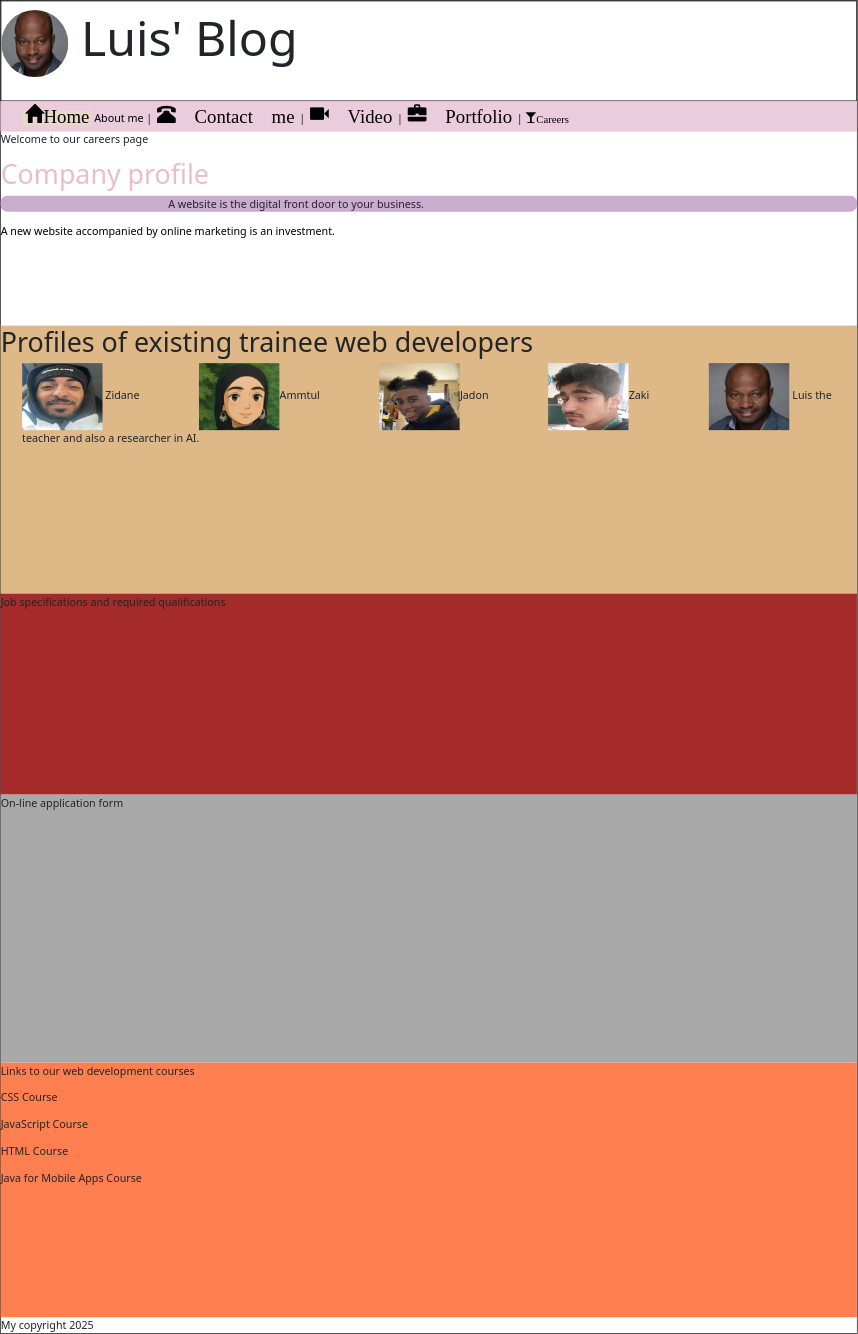
Repository: wduluis/wduluis.github.io
Page: careers.html
The author's editor kept a copy of each file at every save. The page is drawn from the files as they stood at one save, then again after the next save.
The browser window is 1280 px wide. The pictures show the whole page, at 67% of full size.

Above is the page before, as saved 2025-05-13 09:18:07.

### careers.html
<!doctype html>
<html lang="en-GB">

<head>
<meta charset="utf-8" />
<meta name="viewport" content="width=width-device, initial-scale=1 strink-to-fit=no" />
<meta description="Website development, Web design" />
<title>Luis's Blog </title>
<link rel="stylesheet" type="text/css" href="mycss/myblog.css" />
<script type="text/javascript" src="myjsfiles/mytasks.js"/> </script>

<link rel="stylesheet" type="text/css" href="my_bootstrap/css/bootstrap.min.css" />

<link rel="stylesheet" type="text/css" href="glyphicons-only-bootstrap/css/bootstrap.min.css" />

<script type="text/javascript" src="my_bootstrap/js/bootstrap.min.js" /> </script>

<script type="text/javascript" src="my_jquery/jquery-3.7.1.min.js" /> </script>




</head>
<body>
<div id="mypage">
<div id="banner"> <img src="images/luis_photo.jpg" alt="photo of Luis Ibhiabor" width="100" height="100"/> Luis' Blog</div>
<div id="topnav">
<ul>
<li class="hm"> <a href="index.html" class="glyphicon glyphicon-home gi-2x">Home</a></li>
<li> <a href="aboutus.html"> About me </a> </li> |
<li> <a href="contacts.html" class="glyphicon glyphicon-phone-alt gi-2x"> Contact me </a> </li> |
<li> <a href="video.html" class="glyphicon glyphicon glyphicon-facetime-video gi-2x"> Video </a> </li> |
<li> <a href="portfolio.html" class="glyphicon glyphicon glyphicon-briefcase gi-2x"> Portfolio </a> </li> |
<li> <a href="careers.html" class="glyphicon glyphicon-glass g1-2x">Careers</a></li>

</ul>
</div>

<div id="contentarea">
<p> Welcome to our careers page</p>

<div class="company_profile">
    <h1>Company profile</h1>
    <p id="pp1">A website is the digital front door to your business.</p>
    <p class="pp2">A new website accompanied by online marketing is an investment.</p>


</div>

<!-- <img style="float: left; margin: 0px 15px 15px 0px;" src="image/your-image.png" width="100" />
<br style="clear:both;" />
-->


<div class="current_trainees"><h1>Profiles of existing trainee web developers</h1>
<ul>
    <li class="zidane"><img src="images/zidane.jpg" alt="photo of Zidane" width="120" height="100"> Zidane</li>
    <li class="ammtul"><img src="images/ammtul.jpg" alt="photo of Ammtul" width="120" height=" 100">Ammtul</li>
    <li class="jadon"><img src="images/jadon.jpg" alt="photo of Jadon" width="120" height="100">Jadon</li>
    <li class="zaki"><img src="images/zaki.jpg" alt="photo of Zaki" width="120" height="100">Zaki</li>
    <li class="myluis"><img src="images/luis_photo.jpg" alt="photo of Luis" width="120" height="100">
        <span class="the-text">Luis the teacher and also a researcher in AI.</span></li>
</ul>

</div>

<div class="job_spec"><p>Job specifications and required qualifications</p></div>
<div class="application_form"><p>On-line application form</p></div>

<div class="our_courses">

    <p>Links to our web development courses</p>
    <dd>
        <dl class="cs">CSS Course</dl>
        <dl class="js">JavaScript Course</dl>
        <dl class="hc">HTML Course</dl>
        <dl class="jmac">Java for Mobile Apps Course</dl>
    </dd>

</div>

 </div>

<div id="pagefooter"> My copyright 2025 </div>

</div>
</body>
</html>

### mycss/myblog.css

body {
background-color: #fff;
font-family: Arial, Helvetica, sans-serif;
}

#mypage {
border: 1px solid #000;
/* width: 1400px; */
width: 100%;
}

#banner {
height: 150px;
border: 1px solid #000;
}

#topnav {
height: 45px;
border: 1px solid #edbcca;
}

/*Improving it starts here*/
#topnav {
background-color: #eaccdc;

}

.gi-2x{font-size: 28px; padding: 3px;}
.gi-3x{font-size: 3em;}
.gi-4x{font-size: 4em;}
.gi-5x{font-size: 5em;}


#banner img {
border-radius: 50%;

/*height: 100px; width: 100px; background-color: #ff5733; margin: auto;*/
}

/*Improving it ends here*/


#topnav ul li{
text-decoration: none;
display: inline;
}

#topnav a:link {
text-decoration: none;
color: #000;
}

#topnav a:visited {
color: #caadce;
}

#topnav a:hover {
background-color: #000;
}

#contentarea {
height: auto;
/* height: 700px; */

}


#banner {
font-size: 450%;

}

.hm {
height: 25px;
background-color: #e8d8c8;
}




/*
#topnav ul li {
text-decoration: none;
display: inline;

}

https://developers.google.com/fonts/docs/getting_started

#mypage {


border: 1px solid #000;
}

*/

.company_profile {
    width: 100%;
    height: 250px;
    /* background-color: #c8def2; */
    /* border-radius: 8px;
    margin: 10px; */
}

.current_trainees {
    width: 100%;
    height: 400px;
    background-color:burlywood;
}

.job_spec {
    width: 100%;
    height: 300px;
    background-color:brown;
}

.application_form {
    width: 100%;
    height: 400px;
    background-color:darkgray;
}

.our_courses {
    width: 100%;
    height: 380px;
    background-color: coral;
}

.current_trainees ul li{
    display: inline;
    margin-right: 85px;
}

.company_profile h1 {
    color: #edbcca;
}

.company_profile #pp1 {
     padding-left: 250px;
     border-radius: 10px;
     background-color: #caadce;
}

.company_profile .pp2 {
    color: #000;
    /* padding-left: none !important; */
}

### myjsfiles/mytasks.js
/*
document.write("Hello World!");
window.alert("Welcome to my blog!");
*/

Loaded but not shown: my_bootstrap/css/bootstrap.min.css (library); glyphicons-only-bootstrap/css/bootstrap.min.css (library); my_bootstrap/js/bootstrap.min.js (library); my_jquery/jquery-3.7.1.min.js (library)

After the next save:
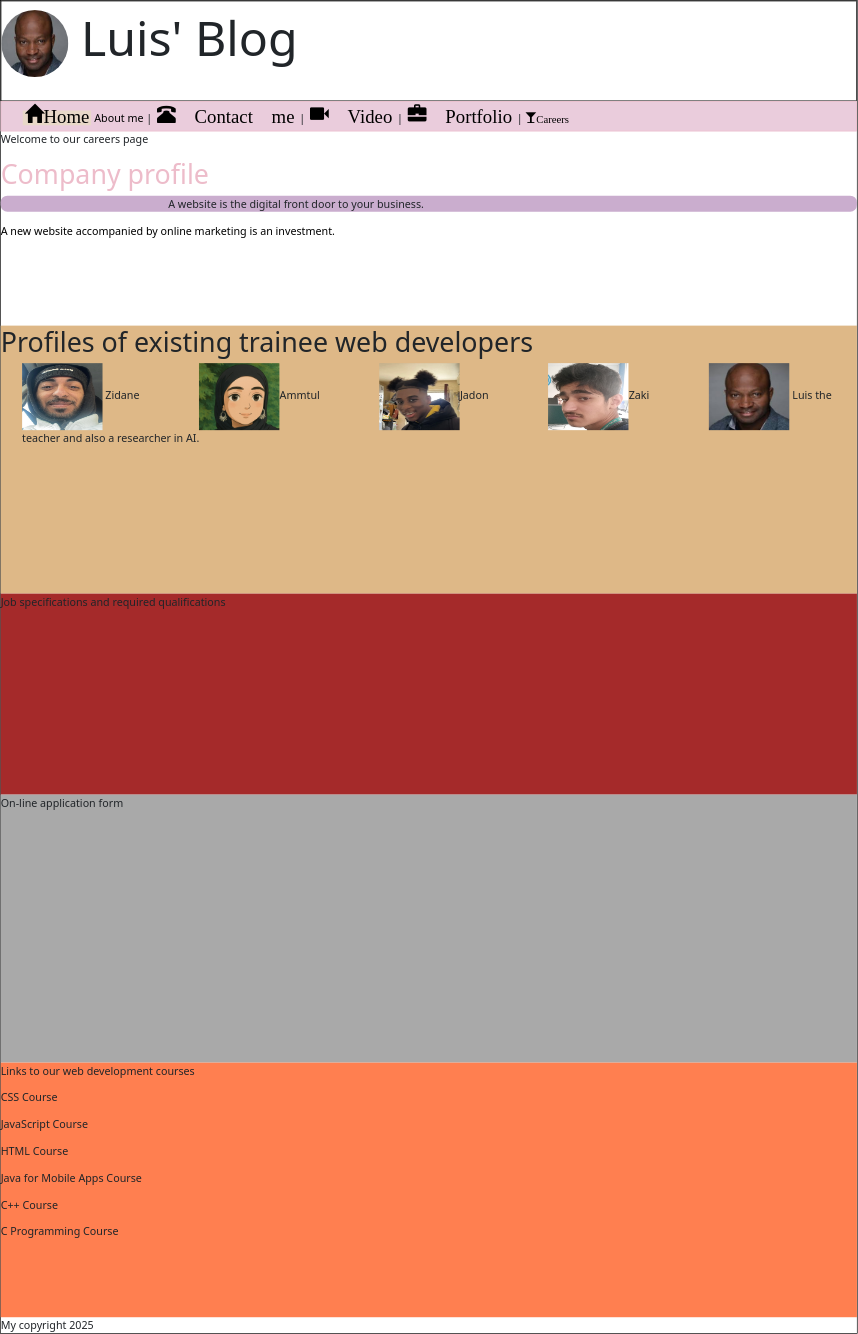
Saved 80 min 28 s later.
--- a/careers.html
+++ b/careers.html
@@ -75,6 +75,8 @@
         <dl class="js">JavaScript Course</dl>
         <dl class="hc">HTML Course</dl>
         <dl class="jmac">Java for Mobile Apps Course</dl>
+        <dl class="c++">C++ Course</dl>
+        <dl class="cp">C Programming Course</dl>
     </dd>
 
 </div>
